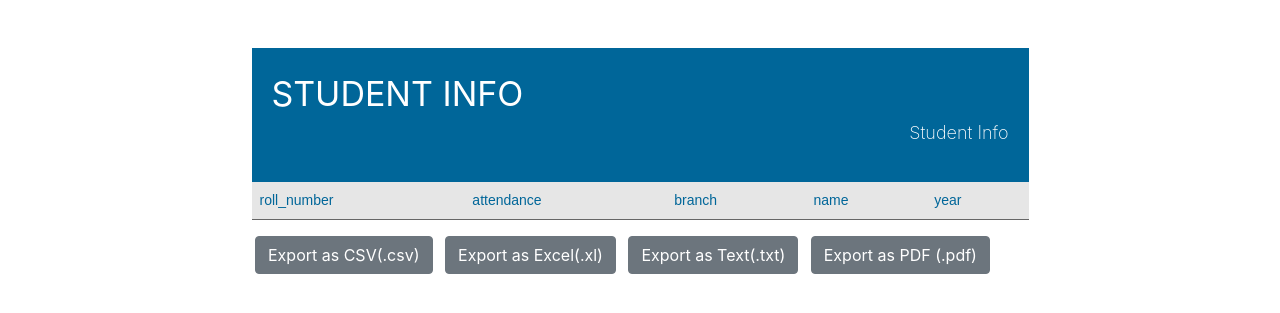
Repository: supranshu/CrystalReportGenerator
Page: http://localhost/produce_report
These files come from the project's save history. The page is drawn as it stood at one moment and after the next save; the edit follows.
The browser window is 1280 px wide. The pictures show the whole page.
The page is this project's Thymeleaf template; nobody is signed in. The template is opened directly, without the code that normally fills it, so the values that code supplies are empty.

Above is the page before, as saved 2023-08-07 13:13:36.

### com.report/src/main/resources/templates/produce_report.html
<!DOCTYPE html>
<html xmlns:th="http://www.thymeleaf.org">
<head>
    <meta charset="UTF-8">
    <title>Produce Report</title>
    <link rel="stylesheet" href="https://maxcdn.bootstrapcdn.com/bootstrap/4.5.2/css/bootstrap.min.css">
    <style>
        /* Apply CSS styles here to mimic the appearance of the JRXML table */
        /* You can use inline styles or link to an external CSS file */
        /* Example styles to get you started */
        table {
            border-collapse: collapse;
            font-family: "Arial", sans-serif;
            width: 70%;
	        margin: 0 auto; /* Center the table horizontally */
        }

        th, td {
            padding: 8px;
            text-align: left;
            border: 1px solid #ddd;
            border: none; /* Reset all borders */
        	border-bottom: 1px solid #666666; /* Add bottom border */
        }
        th {
            font-size: 14px;
            font-weight: 100;
            background-color: #E6E6E6;
            color: #006699;

        }

        td {
            font-size: 14px;
            font-weight: 500;
        }

        .page-header {
            background-color: #006699;
            color: #FFFFFF;
            text-align: left;
            font-size: 34px;
            font-weight: 400;
            padding: 20px;
            width: 70%;
	        margin: 0 auto;
        }
        .page-header p{
        	text-align: right;
        	font-size: 18px;
        	font-weight: 150;

        }
        .btn-links{
        	margin-left:170px;
        }
    </style>

</head>

<body>
    <div class="container mt-5">
	        <div class="page-header">
		        STUDENT INFO
		        <p>Student Info</p>
		    </div>

			    <table>
			        <thead>
			            <tr>
			                <th>roll_number</th>
			                <th>attendance</th>
			                <th>branch</th>
			                <th>name</th>
			                <th>year</th>
			            </tr>
			        </thead>
			        <tbody>
			            <!-- Loop through students and generate table rows -->
			            <tr th:each="student : ${students}">
			                <td th:text="${student.rollNumber}">Roll Number</td>
			                <td th:text="${student.attendance}">Attendance</td>
			                <td th:text="${student.branch}">Branch</td>
			                <td th:text="${student.name}">Name</td>
			                <td th:text="${student.year}">Year</td>
			            </tr>
			        </tbody>
			    </table>









        <div class="mt-3 btn-links">
            <a class="btn btn-secondary mr-2" th:href="@{/export/csv(year=${year}, branch=${branch})}" target="_blank">Export as CSV(.csv)</a>
            <a class="btn btn-secondary mr-2" th:href="@{/export/excel(year=${year}, branch=${branch})}" target="_blank">Export as Excel(.xl)</a>
            <a class="btn btn-secondary mr-2" th:href="@{/export/notepad(year=${year}, branch=${branch})}" target="_blank">Export as Text(.txt)</a>
            <a class="btn btn-secondary" th:href="@{/export/pdf(year=${year}, branch=${branch})}" target="_blank">Export as PDF (.pdf)</a>
        </div>
    </div>


</body>
</html>

After the next save:
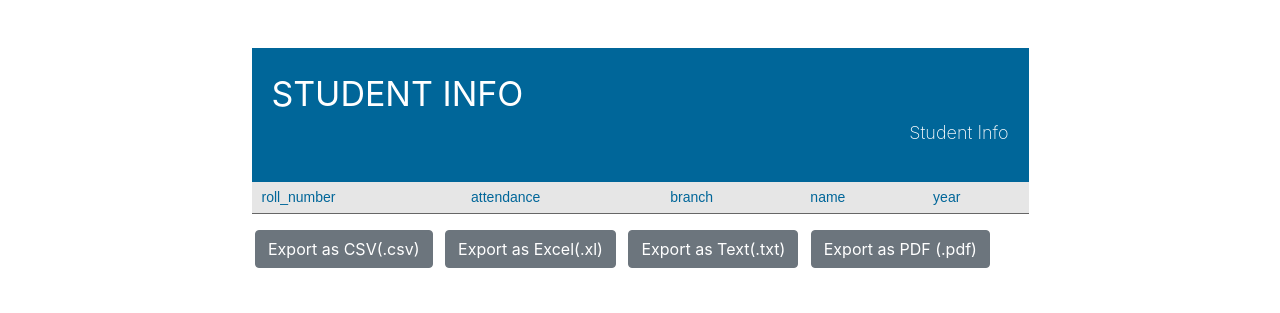
Saved 96 s later.
--- a/com.report/src/main/resources/templates/produce_report.html
+++ b/com.report/src/main/resources/templates/produce_report.html
@@ -27,6 +27,7 @@
             font-weight: 100;
             background-color: #E6E6E6;
             color: #006699;
+            padding: 5px 10px;
 
         }
 
